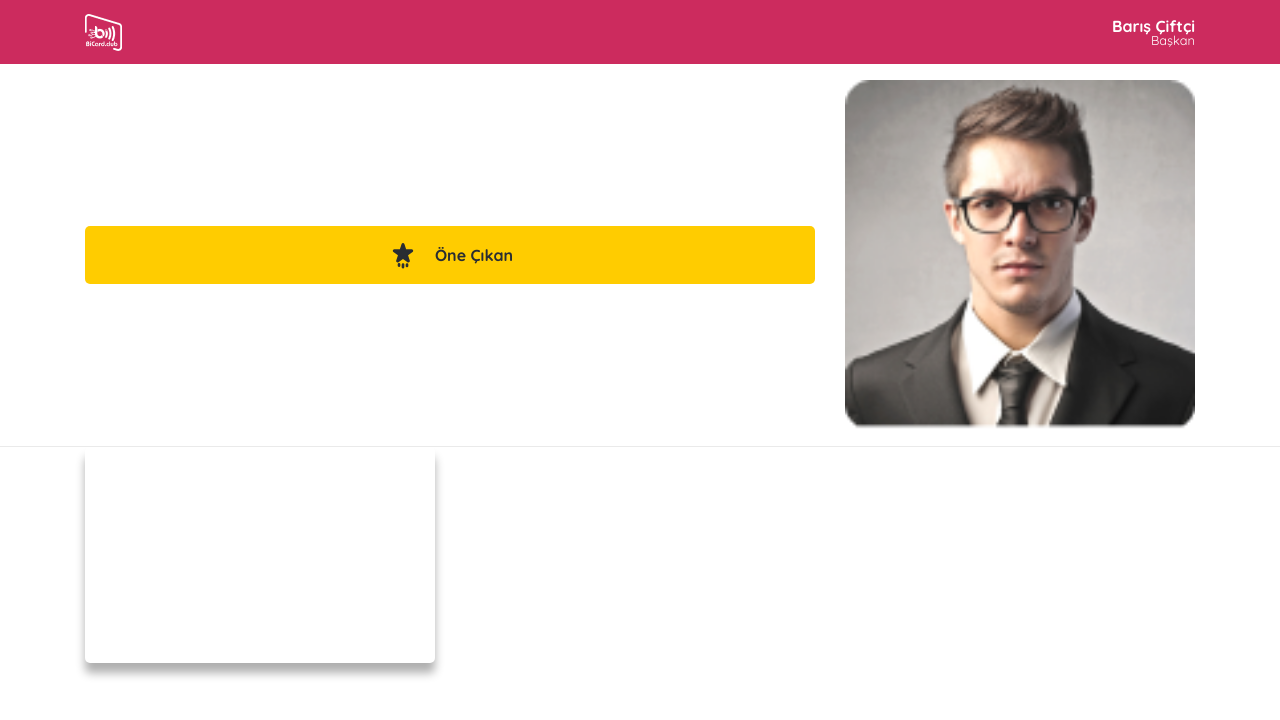
Repository: KayahanKahriman/bicard
Page: index.html
The author's editor kept a copy of each file at every save. The page is drawn from the files as they stood at one save, then again after the next save.
The browser window is 1280 px wide. The pictures show the whole page.
The style sheet was rebuilt from its Sass, Less or Tailwind sources for each picture, by a compiler version that may differ from the author's.

Above is the page before, as saved 2021-12-01 12:16:06.

After the next save:
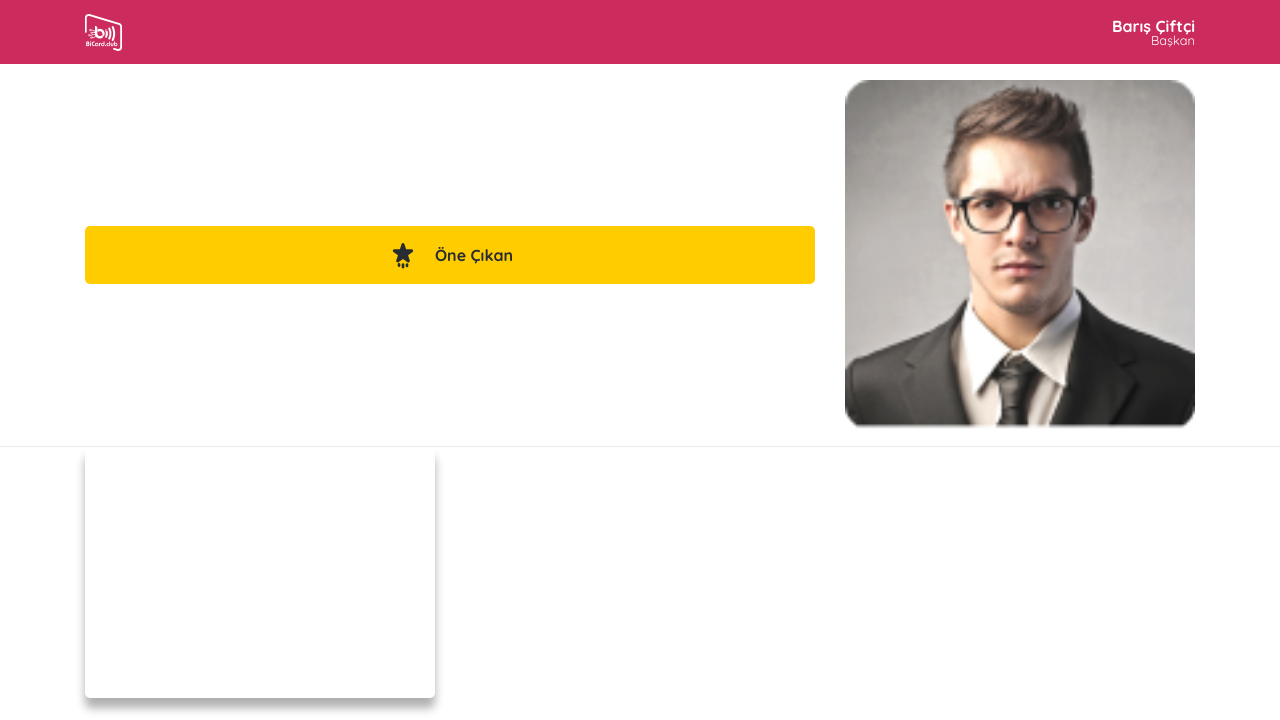
Saved 15 s later.
--- a/assets/scss/_main.scss
+++ b/assets/scss/_main.scss
@@ -102,5 +102,5 @@
   display: flex;
   align-items: center;
   justify-content: center;
-  padding-bottom: 50%;
+  padding-bottom: 60%;
 }
